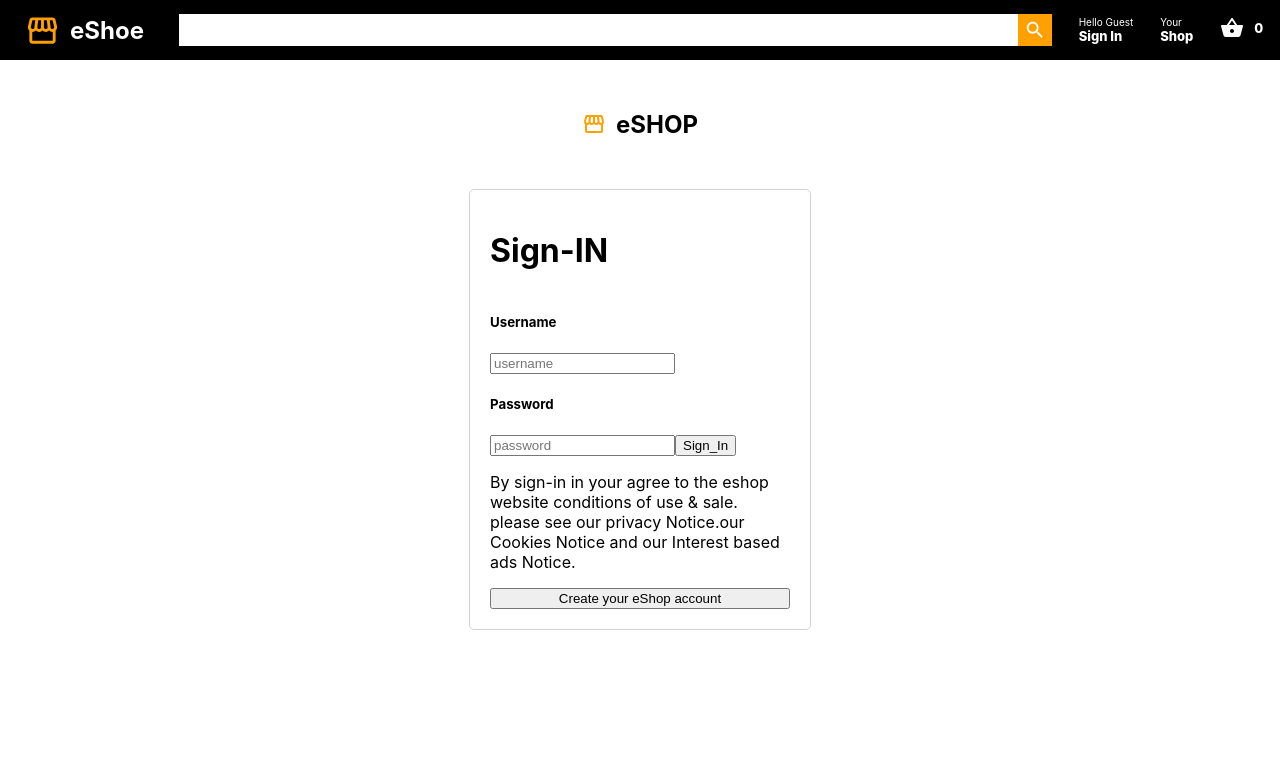
Repository: sandeepreddyvitta/react
Page: /login (app in eshop/)
An editor plug-in stored every save of this project. The page is shown before and after the next save, followed by the edit.
The browser window is 1280 px wide. The pictures show the whole page.
The project was rebuilt for these pictures with package versions that can differ from the ones it lists, and the page was loaded fresh each time. Also part of the build but not shown: eshop/src/components/products/product.scss, eshop/src/components/products/Product.js, eshop/src/components/home/home.scss, eshop/src/components/home/Home.js, eshop/src/components/checkOut/checkout.scss, eshop/src/components/checkOut/checkoutproduct.scss, eshop/src/components/checkOut/CheckOutProduct.js, eshop/src/components/checkOut/subtotal.scss and 2 more.

Above is the page before, as saved 2022-12-07 11:42:03.

After the next save:
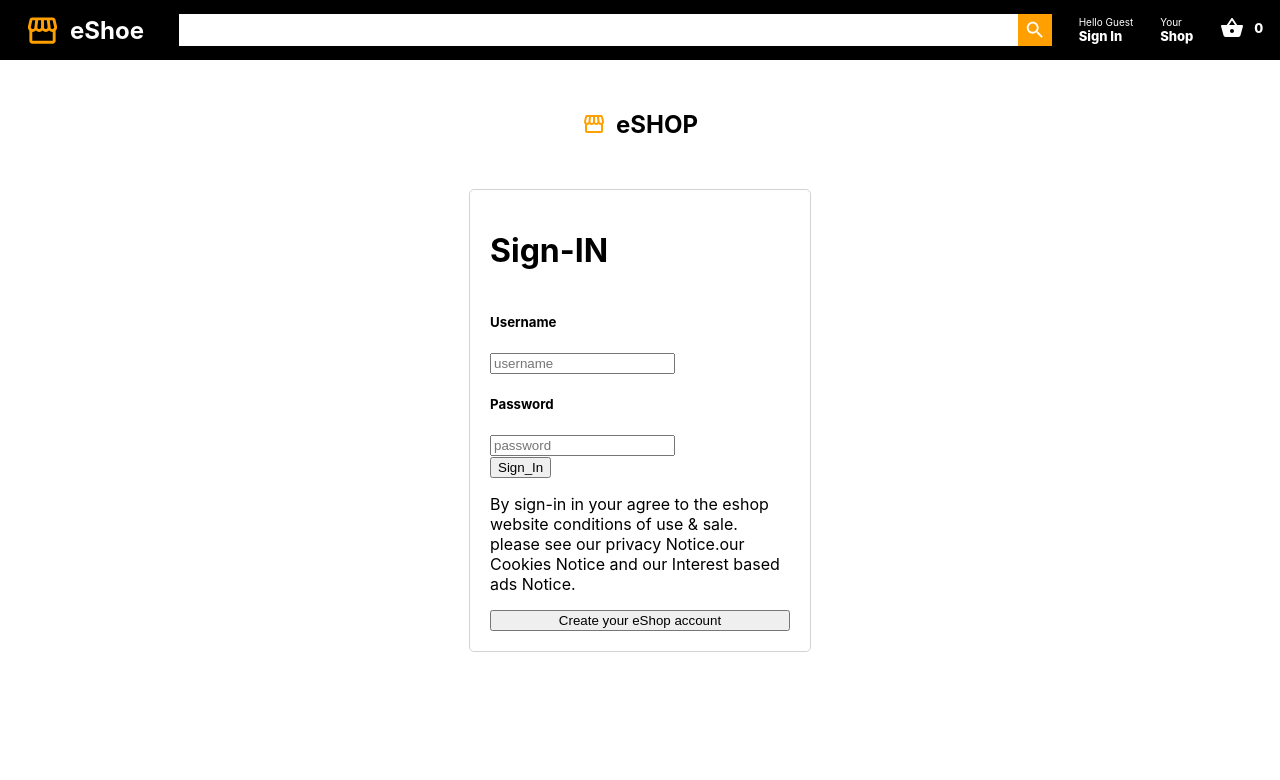
Saved 19 s later.
--- a/eshop/src/components/login/Login.js
+++ b/eshop/src/components/login/Login.js
@@ -20,7 +20,7 @@ const Login = () => {
                     <h5>Username</h5>
                     <input type="text" value={userName} name="userName" onChange={e => setUserName(e.target.value)} placeholder="username" />
                     <h5>Password</h5>
-                    <input type="password" value={password} name="password" onChange={e => setPassword(e.target.value)} placeholder="password" />
+                    <input type="password" value={password} name="password" onChange={e => setPassword(e.target.value)} placeholder="password" /><br />
                     <button type="submit">Sign_In</button>
                 </form>
                 <p>
